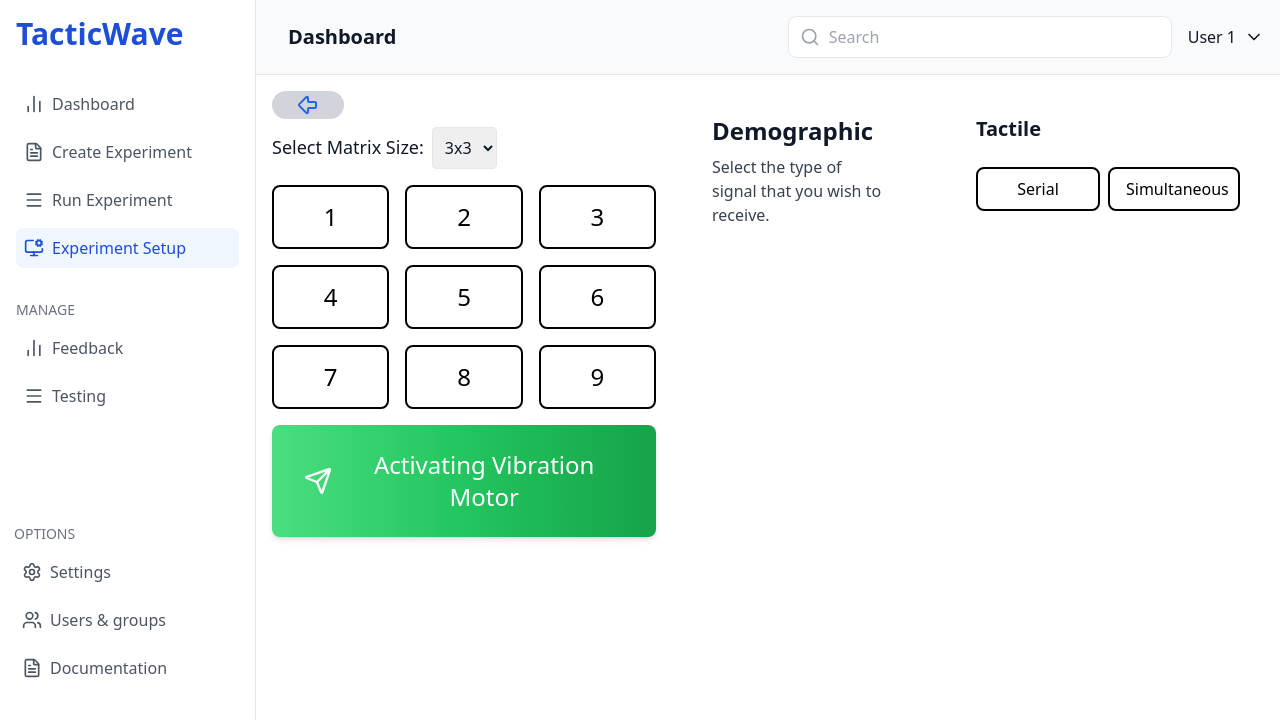
Repository: Nguyenle23/TacticWave
Page: /setup (app in Client/)
These files come from the project's save history. The page is drawn as it stood at one moment and after the next save; the edit follows.
The browser window is 1280 px wide. The pictures show the whole page.
The project was rebuilt for these pictures with package versions that can differ from the ones it lists, and the page was loaded fresh each time. Also part of the build but not shown: Client/vite.config.js, Client/src/components/commons/Modal.jsx, Client/src/components/dashboard/ExperimentList/ExperimentItem.jsx, Client/src/components/dashboard/ExperimentList/ExperimentList.jsx, Client/src/components/dashboard/Statistics/StatisticsCard.jsx, Client/src/components/dashboard/Statistics/Statistics.jsx, Client/src/components/dashboard/Dashboard.jsx, Client/src/pages/DashboardPage.jsx and 7 more.

Above is the page before, as saved 2024-12-06 20:12:40.

### Client/index.html
<!doctype html>
<html lang="en">
  <head>
    <meta charset="UTF-8" />
    <link rel="icon" type="image/svg+xml" href="/vite.svg" />
    <meta name="viewport" content="width=device-width, initial-scale=1.0" />
    <title>TacticWave</title>
  </head>
  <body>
    <div id="root"></div>
    <script type="module" src="/src/main.jsx"></script>
  </body>
</html>

### Client/src/index.css
/* index.css */
@tailwind base;
@tailwind components;
@tailwind utilities;

/* Custom styles for the project */
body {
  @apply bg-gray-100 text-gray-900;
}

h1, h2, h3, h4, h5, h6 {
  @apply font-semibold;
}

a {
  @apply text-blue-600 hover:text-blue-800;
}

button {
  @apply bg-blue-600 text-white rounded-lg px-4 py-2 hover:bg-blue-700;
}

input, textarea {
  @apply border rounded-lg px-4 py-2 focus:outline-none focus:ring-2 focus:ring-blue-500;
}

### Client/src/pages/ExperimentSetupPage.jsx
import React from "react";
import { Layout } from "../components/layouts/Layout";
import { ExperimentSetup } from "../components/dashboard/ExperimentSetup/ExperimentSetup";

const ExperimentSetupPage = () => {
  return (
    <Layout>
      <ExperimentSetup />
    </Layout>
  );
};

export default ExperimentSetupPage;

### Client/src/components/layouts/Layout.jsx
//layout
import React, { useState } from 'react';
import { Sidebar } from './sidebar/Sidebar';
import { Header } from './header/Header';
import { Navbar } from './navbar/Navbar';

export const Layout = ({ children }) => {
  const [isMobileNavOpen, setIsMobileNavOpen] = useState(false);

  return (
    <div className="flex h-screen">
      <Sidebar />
      <Navbar
        isOpen={isMobileNavOpen}
        onClose={() => setIsMobileNavOpen(false)}
      />
      <div className="flex-1 flex flex-col w-full max-h-screen">
        <Header onMenuClick={() => setIsMobileNavOpen(true)} />
        <main className="flex-1 overflow-auto bg-white">
          {children}
        </main>
      </div>
    </div>
  );
};

### Client/src/components/dashboard/ExperimentSetup/ExperimentSetup.jsx
import React, { useState, useEffect } from "react";
import { Link } from "react-router-dom";
import { ArrowBigLeft, Send } from "lucide-react";
import { Button } from "../../commons/Button";
import { NodeConfiguration } from "../../commons/NodeConfiguration";
import { runExp } from "../../apis/callAPI";
import SwitchButton from "../../commons/Switch";

export const ExperimentSetup = () => {
  const [matrixSize, setMatrixSize] = useState(3);
  const [buttonProperty, setButtonProperty] = useState(1); // Initialize to default node
  const [intensity, setIntensity] = useState(0);
  const [duration, setDuration] = useState(0);
  const [order, setOrder] = useState(1);
  const [listings, setListings] = useState([]); // Tracks saved nodes
  const [error, setError] = useState("");
  const [type, setType] = useState(null); // State for Sequential/Simultaneous
  const [openSeq, setOpenSeq] = useState(false);
  const [openSerial, setOpenSerial] = useState(false);
  const [delay, setDelay] = useState(undefined);
  const [delayPerNode, setDelayPerNode] = useState(undefined);

  // Update buttonProperty when matrixSize changes
  useEffect(() => {
    setButtonProperty(null);
  }, [matrixSize]);

  const getSliderBackground = (value, max) => {
    const percentage = (value / max) * 100;
    return `linear-gradient(to right, #3B82F6 0%, #3B82F6 ${percentage}%, #E5E7EB ${percentage}%, #E5E7EB 100%)`;
  };

  const handleSwitchChange = (newState) => {
    setType(newState ? "Overlap" : "Serial");
  };

  const saveAndOut = () => {
    if (!openSerial && (!intensity || !duration)) {
      setError("Please fill out all required fields!");
      return;
    }

    const newListing = {
      node: buttonProperty,
      intensity: parseInt(intensity, 10) || 0, // Default to 0 if empty
      duration: parseFloat(duration, 10) || 0, // Default to 0 if empty
      order: order,
    };

    // Update listings to highlight saved nodes
    setListings((prevListings) => {
      const updatedListings = [...prevListings];
      const existingIndex = updatedListings.findIndex(
        (item) => item.node === buttonProperty
      );
      if (existingIndex >= 0) {
        updatedListings[existingIndex] = newListing; // Update existing entry
      } else {
        updatedListings.push(newListing); // Add new entry
      }
      return updatedListings;
    });

    // Reset fields after saving
    setButtonProperty(0); // Reset to default node if needed
    setIntensity(0);
    setDuration(0);
    setOrder(order);
  };

  // Initialize matrix orders
  const initialOrders = {};
  for (let row = 0; row < matrixSize; row++) {
    for (let col = 0; col < matrixSize; col++) {
      initialOrders[`${row}-${col}`] = row * matrixSize + col + 1;
    }
  }
  const [orders, setOrders] = useState(initialOrders);

  const handleMatrixSizeChange = (event) => {
    setListings([]);
    const size = parseInt(event.target.value, 10);
    setMatrixSize(size);
    setOrders(() => {
      const newOrders = {};
      for (let row = 0; row < size; row++) {
        for (let col = 0; col < size; col++) {
          newOrders[`${row}-${col}`] = row * size + col + 1;
        }
      }
      return newOrders;
    });
  };

  const handleClick = (row, col) => {
    const order = orders[`${row}-${col}`];
    setButtonProperty(order);
    setIntensity(0);
    setDuration(0);
  };

  const handleSimultaneous = () => {
    setOpenSeq(false);
    setOpenSerial(false);
    setDelay(undefined);
    setType("Simultaneous");
  };

  const handleSerial = () => {
    setOpenSeq(false);
    setDelay(undefined);
    setOpenSerial(true);
    setType("Serial");
  };

  const isNodeSaved = (node) => listings.some((item) => item.node === node);

  // Handle Submit button click
  const handleSubmit = async () => {
    try {
      const payload = {
        listings,
        type,
      };

      // Add delay if it is not undefined
      if (delay !== undefined) {
        payload.delay = delay;
      }

      if (type !== null && delayPerNode !== undefined) {
        // Transform listings to only include node values
        const transformedListings = listings.map((item) => item.node);
        const transformedDurations = listings.map((item) => item.duration);
        const transformedIntensities = listings.map((item) => item.intensity);

        payload.listings = transformedListings; // Replace listings with transformed array
        payload.duration = transformedDurations; // Ensure it's a number
        payload.intensity = transformedIntensities; // Ensure it's a number
        payload.delay = parseFloat(delayPerNode); // Ensure it's a number
        payload.type = type;
      }
      console.log("Payload:", payload);
      const response = await runExp(payload);
      // console.log("Response:", response.data);
      // setListingsNode(response.data);
    } catch (error) {
      console.error("Error running experiment:", error);
    }
  };

  return (
    <div className="flex flex-row md:flex-row w-full h-fit bg-gray-10 gap-8 my-4 px-4">
      {/* Setup demographic*/}
      <div className="md:w-2/5 w-full">
        {/* Top navigation and action buttons */}
        <div className="flex items-center justify-between mb-2">
          <Link
            to="/"
            className="px-6 py-0.5 bg-gray-300 rounded-full mr-2 hover:bg-gray-400"
          >
            <ArrowBigLeft />
          </Link>
        </div>

        <div className="mb-4">
          <label htmlFor="matrix-size" className="mr-2 text-lg font-medium">
            Select Matrix Size:
          </label>
          <select
            id="matrix-size"
            value={matrixSize}
            onChange={handleMatrixSizeChange}
            className="p-2 border rounded"
          >
            <option value="3">3x3</option>
            <option value="4">4x4</option>
            <option value="5">5x5</option>
          </select>
        </div>
        {/* <p>{JSON.stringify(type)}</p> */}

        {/* Matrix Display */}
        <div
          className={`grid grid-cols-${matrixSize} gap-4 mt-1`}
          style={{
            gridTemplateColumns: `repeat(${matrixSize}, minmax(0, 1fr))`,
          }}
        >
          {Array.from({ length: matrixSize }).map((_, row) =>
            Array.from({ length: matrixSize }).map((_, col) => {
              const node = orders[`${row}-${col}`];
              return (
                <Button
                  key={`${row}-${col}`}
                  onClick={() => handleClick(row, col)}
                  className={`w-full h-16 rounded-3xl flex items-center justify-center text-2xl font-bold transition-all duration-200 ${
                    buttonProperty === node || isNodeSaved(node)
                      ? "bg-blue-800 text-white shadow-md"
                      : "bg-white text-black hover:bg-gray-300 border-2 border-solid border-black"
                  }`}
                >
                  {node}
                </Button>
              );
            })
          )}
        </div>

        {/* Submit Button */}
        <div className="mt-4 flex items-center justify-center w-full">
          <Button
            onClick={handleSubmit}
            className="w-full px-8 py-6 bg-gradient-to-r from-green-400 via-green-500 to-green-600 text-white text-2xl font-bold rounded-full shadow-md hover:shadow-lg hover:from-green-500 hover:to-green-700 flex items-center justify-center transition-all duration-300"
          >
            <Send size={30} className="mr-3" />
            Activating Vibration Motor
          </Button>
        </div>
        {/* Sequential and Simultaneous Buttons */}
      </div>

      <div className="md:w-3/5 w-full flex flex-col">
        <div className="flex justify-between items-start p-6">
          {/* Phần "hello" bên trái */}
          <div className="w-4/12">
            <h1 className="text-2xl font-bold mb-2">Demographic</h1>
            <p className="text-gray-700">
              Select the type of signal that you wish to receive.
            </p>
          </div>

          {/* Phần bên phải theo cột */}
          <div className="w-6/12 flex flex-col space-y-4">
            {/* Nhóm Nút "Serial" và "Simultaneous" */}
            <h1 className="text-xl font-bold mb-2">Tactile</h1>
            <div className="flex space-x-2">
              <Button
                onClick={handleSerial}
                className={`w-1/2 py-2 rounded transition-all duration-200 ${
                  type === "Serial" || type === "Overlap"
                    ? "bg-blue-800 text-white shadow-md"
                    : "bg-white border-2 border-solid border-black  hover:bg-gray-300 hover:text-black"
                }`}
              >
                Serial
              </Button>
              <Button
                onClick={handleSimultaneous}
                className={`w-1/2 py-2 rounded transition-all duration-200 ${
                  type === "Simultaneous"
                    ? "bg-blue-800 text-white shadow-md"
                    : "bg-white border-2 border-solid border-black  hover:bg-gray-300 hover:text-black"
                }`}
              >
                Simultaneous
              </Button>
            </div>

            {/* Các thành phần điều kiện khi chọn Serial hoặc Overlap */}
            {(openSeq || openSerial) && (
              <div className="flex flex-col space-y-4">
                {openSeq && (
                  <div>
                    <label className="block text-lg font-medium text-gray-700 mb-2">
                      Duration (0 - 15): {delay}
                    </label>
                    <div className="relative">
                      <input
                        type="range"
                        min="0"
                        max="15"
                        value={delay}
                        onChange={(e) => setDelay(e.target.value)}
                        className="w-full h-2 bg-gray-200 rounded-lg appearance-none cursor-pointer
                               focus:outline-none focus:ring-0
                               [&::-webkit-slider-thumb]:appearance-none [&::-webkit-slider-thumb]:w-4
                               [&::-webkit-slider-thumb]:h-4 [&::-webkit-slider-thumb]:bg-blue-500
                               [&::-webkit-slider-thumb]:rounded-full [&::-webkit-slider-thumb]:cursor-pointer
                               [&::-webkit-slider-thumb]:transition-all [&::-webkit-slider-thumb]:duration-150
                               [&::-webkit-slider-thumb]:hover:scale-110
                               [&::-moz-range-thumb]:appearance-none [&::-moz-range-thumb]:w-4
                               [&::-moz-range-thumb]:h-4 [&::-moz-range-thumb]:bg-blue-500
                               [&::-moz-range-thumb]:border-0
                               [&::-moz-range-thumb]:rounded-full [&::-moz-range-thumb]:cursor-pointer
                               [&::-moz-range-thumb]:transition-all [&::-moz-range-thumb]:duration-150
                               [&::-moz-range-thumb]:hover:scale-110
                               [&::-moz-range-progress]:bg-blue-500 [&::-moz-range-progress]:rounded-l-lg
                               [&::-moz-range-track]:bg-gray-200 [&::-moz-range-track]:rounded-lg"
                        style={{
                          background: getSliderBackground(delay, 15),
                        }}
                      />
                    </div>
                  </div>
                )}

                {openSerial && (
                  <>
                    <SwitchButton
                      isOn={type === "Overlap"}
                      onSwitchChange={handleSwitchChange}
                    />

                    <div>
                      <label className="block text-lg font-medium text-gray-700 mb-2">
                        Delay between nodes (0 - 15): {delayPerNode}
                      </label>
                      <div className="relative">
                        <input
                          type="range"
                          min="0"
                          max="15"
                          step="0.1"
                          value={delayPerNode}
                          onChange={(e) => setDelayPerNode(e.target.value)}
                          className="w-full h-2 bg-gray-200 rounded-lg appearance-none cursor-pointer
                                 focus:outline-none focus:ring-0
                                 [&::-webkit-slider-thumb]:appearance-none [&::-webkit-slider-thumb]:w-4
                                 [&::-webkit-slider-thumb]:h-4 [&::-webkit-slider-thumb]:bg-blue-500
                                 [&::-webkit-slider-thumb]:rounded-full [&::-webkit-slider-thumb]:cursor-pointer
                                 [&::-webkit-slider-thumb]:transition-all [&::-webkit-slider-thumb]:duration-150
                                 [&::-webkit-slider-thumb]:hover:scale-110
                                 [&::-moz-range-thumb]:appearance-none [&::-moz-range-thumb]:w-4
                                 [&::-moz-range-thumb]:h-4 [&::-moz-range-thumb]:bg-blue-500
                                 [&::-moz-range-thumb]:border-0
                                 [&::-moz-range-thumb]:rounded-full [&::-moz-range-thumb]:cursor-pointer
                                 [&::-moz-range-thumb]:transition-all [&::-moz-range-thumb]:duration-150
                                 [&::-moz-range-thumb]:hover:scale-110
                                 [&::-moz-range-progress]:bg-blue-500 [&::-moz-range-progress]:rounded-l-lg
                                 [&::-moz-range-track]:bg-gray-200 [&::-moz-range-track]:rounded-lg"
                          style={{
                            background: getSliderBackground(delayPerNode, 15),
                          }}
                        />
                      </div>
                    </div>
                  </>
                )}
              </div>
            )}
          </div>
        </div>

        {/* Slider Controls */}

        {buttonProperty && (
          <div className="flex justify-between items-start p-6">
            <NodeConfiguration
              isSerial={openSerial}
              isEdit={false}
              nodeNumber={buttonProperty}
              intensity={intensity}
              setIntensity={setIntensity}
              duration={duration}
              setDuration={setDuration}
              order={order}
              setOrder={setOrder}
              listings={listings}
              onClose={() => setButtonProperty(1)} // Reset to default node on close
              onSave={saveAndOut}
              error={error}
            />
          </div>
        )}
      </div>
    </div>
  );
};

### Client/src/components/layouts/header/Header.jsx
import React from "react";
import { Menu, ChevronDown } from "lucide-react";
import { SearchBar } from "../../commons/SearchBar";

export const Header = ({ onMenuClick }) => {
  return (
    <div className="flex justify-between items-center p-4 border-b bg-gray-50">
      <div className="flex items-center space-x-4">
        <button onClick={onMenuClick} className="lg:hidden p-2">
          <Menu size={24} />
        </button>
        <h2 className="text-xl font-semibold">Dashboard</h2>
      </div>
      <div className="flex items-center space-x-4">
        <SearchBar className="hidden md:block w-48 lg:w-96" />
        <div className="flex items-center space-x-2 cursor-pointer">
          <span>User 1</span>
          <ChevronDown size={20} />
        </div>
      </div>
    </div>
  );
};

### Client/src/components/layouts/navbar/Navbar.jsx
import React from 'react';
// import { X } from 'lucide-react';
// import { SidebarItem } from './Sidebar';
// import { NAVIGATION_ITEMS, MANAGE_ITEMS } from '../../constants/navigation';

export const Navbar = ({ isOpen, onClose }) => {
  return (
    <div className={`lg:hidden fixed inset-0 z-50 ${isOpen ? 'block' : 'hidden'}`}>
      <div className="absolute inset-0 bg-black bg-opacity-50" onClick={onClose} />
      <div className="absolute inset-y-0 left-0 w-64 bg-white shadow-xl">
        {/* ... Same content as Sidebar but with close button ... */}
      </div>
    </div>
  );
};

### Client/src/components/apis/callAPI.jsx
import axios from "axios";

const url_base = "http://localhost:5555";

export const getAllRecords = async () => {
  try {
    const response = await axios.get(`${url_base}/record/`);
    return response;
  } catch (error) {
    console.error("Server Response:", error.response.data);
    throw error;
  }
};

export const createRecord = async (data) => {
  try {
    const response = await axios.post(`${url_base}/record/`, data);
    return response;
  } catch (error) {
    console.error("Server Response:", error.response.data);
    throw error;
  }
};

export const submitFeedback = async (data) => {
  try {
    console.log(data);
    const response = await axios.post(`${url_base}/feedback/`, data);
    return response;
  } catch (error) {
    console.error("Server Response:", error.response.data);
    throw error;
  }
}

export const runExp = async (data) => {
  try {
    const response = await axios.post(`${url_base}/runexp/`, data);
    return response;
  } catch (error) {
    console.error("Server Response:", error.response.data);
    throw error;
  }
};

### Client/src/components/commons/Button.jsx
//button
import React from 'react';

export const Button = ({
  children,
  variant = 'primary',
  className = '',
  ...props
}) => {
  const baseStyles = 'px-4 py-2 rounded-lg font-medium transition-colors';
  const variants = {
    primary: 'bg-blue-600 text-black hover:bg-blue-700',
    secondary: 'text-white-600 hover:text-black-700',
  };

  return (
    <button
      className={`${baseStyles} ${variants[variant]} ${className}`}
      {...props}
    >
      {children}
    </button>
  );
};

### Client/src/constants/navigation.jsx
export const NAVIGATION_ITEMS = [
  { icon: 'BarChart2', label: 'Dashboard', path: '/' },
  { icon: 'FileText', label: 'Create Experiment', path: '/matrix' },
  { icon: 'Menu', label: 'Run Experiment', path: '/run' },
  { icon: 'MonitorCogIcon', label: 'Experiment Setup', path: '/setup' },
];

export const MANAGE_ITEMS = [
  { icon: 'BarChart2', label: 'Feedback', path: '/manage/dashboard' },
  { icon: 'Menu', label: 'Testing', path: '/manage/run' },
];

export const OPTION_ITEMS = [
  { icon: 'Settings', label: 'Settings', path: '/manage/settings' },
  { icon: 'Users', label: 'Users & groups', path: '/manage/users' },
  { icon: 'FileText', label: 'Documentation', path: '/manage/docs' },
];

### Client/src/components/layouts/sidebar/SidebarItem.jsx
import React from "react";
import * as Icons from "lucide-react";
import { useLocation } from "react-router-dom";

export const SidebarItem = ({ icon, label, path, onClick }) => {
  const Icon = Icons[icon];
  const location = useLocation();
  const active = location.pathname === path;

  const handleClick = (e) => {
    if (onClick) {
      e.preventDefault(); // Prevent default navigation
      onClick(); // Trigger the modal or custom behavior
    }
  };

  return (
    <a
      href={path} // Use `href` to maintain a clickable link for accessibility
      onClick={handleClick}
      className={`flex items-center space-x-2 p-2 rounded-lg cursor-pointer
        ${active ? 'bg-blue-50 text-blue-700' : 'text-gray-600 hover:bg-gray-100'}`}
    >
      <Icon size={20} />
      <span>{label}</span>
    </a>
  );
};

### Client/src/components/commons/SearchBar.jsx
import React from 'react';
import { Search } from 'lucide-react';

export const SearchBar = ({ className = '', ...props }) => {
  return (
    <div className={`relative ${className}`}>
      <Search
        className="absolute left-3 top-1/2 transform -translate-y-1/2 text-gray-400"
        size={20}
      />
      <input
        type="text"
        placeholder="Search"
        className="pl-10 pr-4 py-2 border rounded-lg w-full focus:outline-none focus:ring-2 focus:ring-blue-500"
        {...props}
      />
    </div>
  );
};

Loaded but not shown: Client/src/main.jsx (common file); Client/tailwind.config.js (10 lines, source omitted); Client/src/components/commons/NodeConfiguration.jsx (149 lines, source omitted); Client/src/App.jsx (122 lines, source omitted); Client/src/components/layouts/sidebar/Sidebar.jsx (73 lines, source omitted)

After the next save:
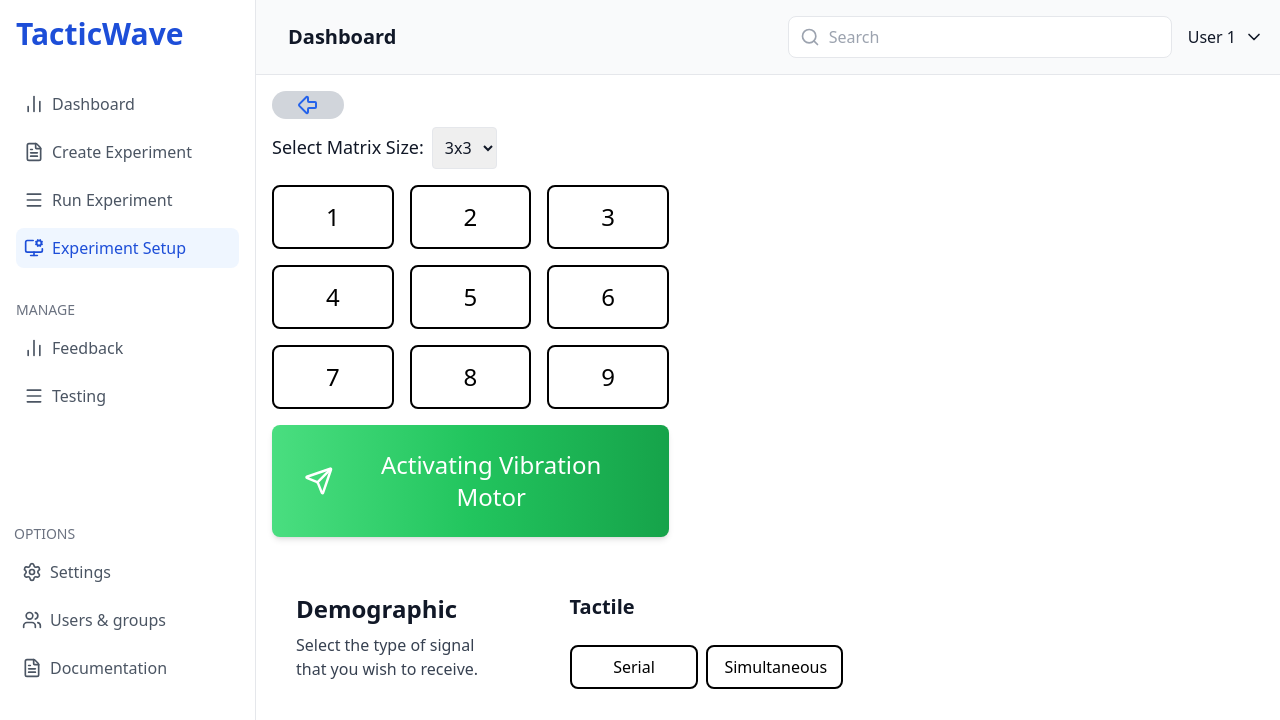
Saved 21 s later.
--- a/Client/src/components/dashboard/ExperimentSetup/ExperimentSetup.jsx
+++ b/Client/src/components/dashboard/ExperimentSetup/ExperimentSetup.jsx
@@ -150,7 +150,7 @@ export const ExperimentSetup = () => {
   };
 
   return (
-    <div className="flex flex-row md:flex-row w-full h-fit bg-gray-10 gap-8 my-4 px-4">
+    <div className="flex flex-row md:flex-col w-full h-fit bg-gray-10 gap-8 my-4 px-4">
       {/* Setup demographic*/}
       <div className="md:w-2/5 w-full">
         {/* Top navigation and action buttons */}
